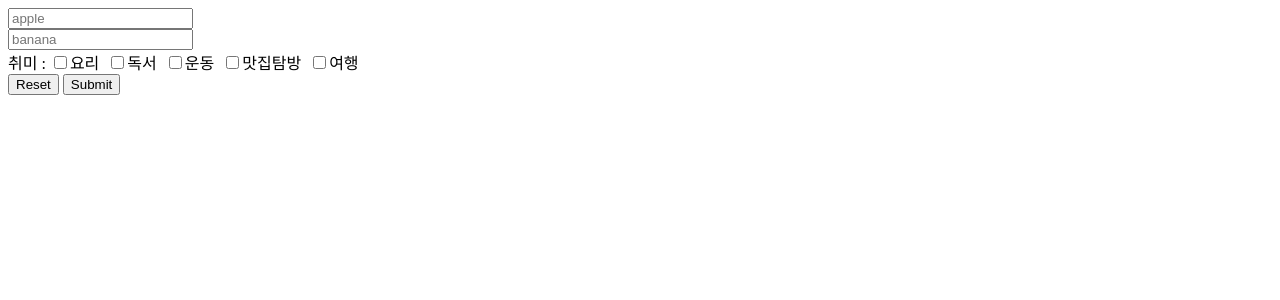
Repository: eun-chongzzz/jsp_practice
Page: http://localhost/JSPBasic/jspObject/1.requests/req_param_send.jsp
An editor plug-in stored every save of this project. The page is shown before and after the next save, followed by the edit.
The browser window is 1280 px wide. The pictures show the whole page.
The page is served by Tomcat 9.

Above is the page before, as saved 2022-02-03 06:29:59.

After the next save:
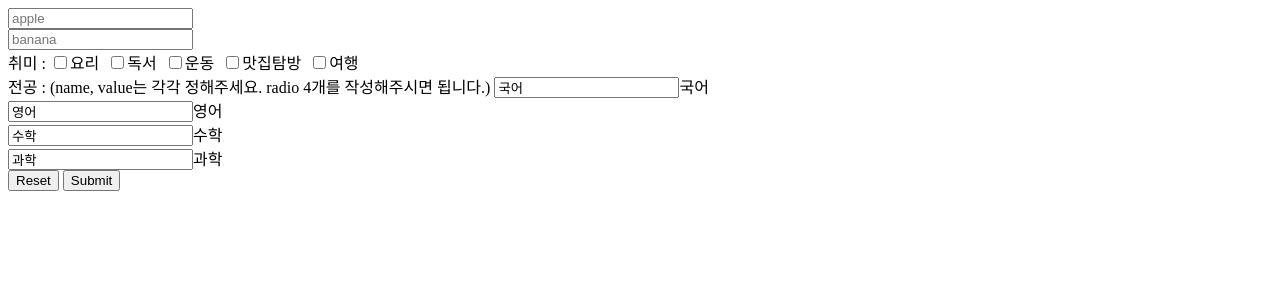
Saved 4 min 29 s later.
--- a/JSPBasic/src/main/webapp/jspObject/1.requests/req_param_send.jsp
+++ b/JSPBasic/src/main/webapp/jspObject/1.requests/req_param_send.jsp
@@ -26,6 +26,14 @@ form의 action이 바로 목적지를 적는 부분임.
 		<input type="checkbox" name="hobby" value="맛집탐방">맛집탐방&nbsp;
 		<input type="checkbox" name="hobby" value="여행">여행&nbsp;<br>
 
+		전공 : (name, value는 각각 정해주세요. radio 4개를 작성해주시면 됩니다.)
+		<input type="ridio" name="class" value="국어">국어&nbsp;<br>
+		<input type="ridio" name="class" value="영어">영어&nbsp;<br>
+		<input type="ridio" name="class" value="수학">수학&nbsp;<br>
+		<input type="ridio" name="class" value="과학">과학&nbsp;<br>
+
+
+
 		<input type="reset"/>
 		<input type="submit"/>
 	</form>
